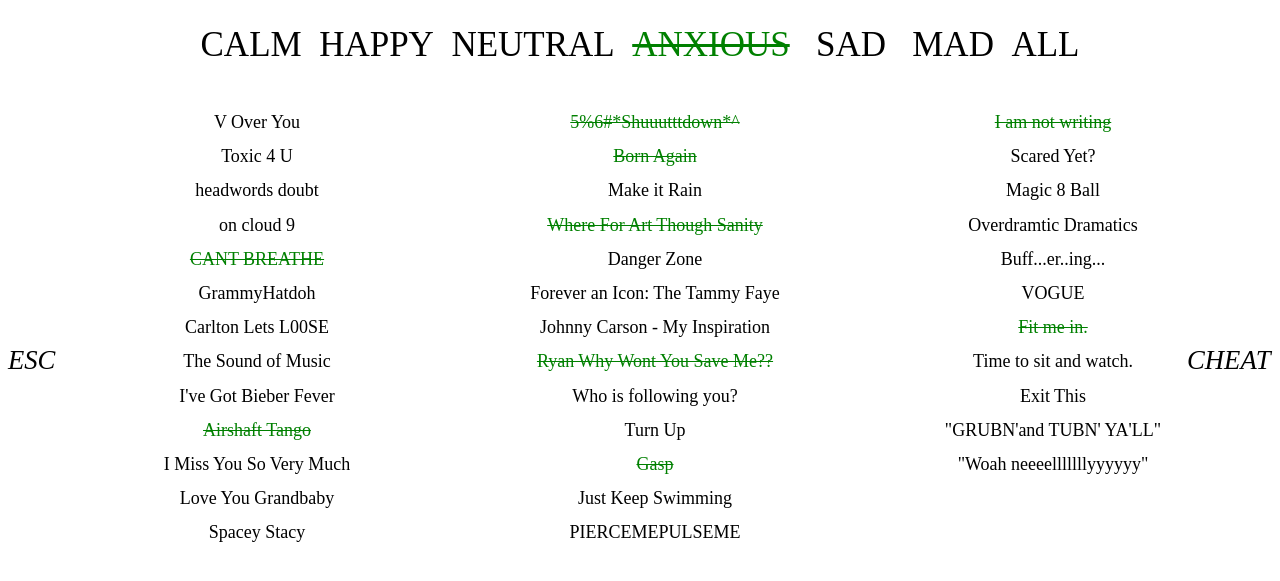
Repository: bradk647/bradk647.github.io
Page: cheat/anxiouscheat.html
The author's editor kept a record of every edit. The page is drawn from the files as they stood at one moment, then again after the next edit.
The browser window is 1280 px wide. The pictures show the whole page.

Above is the page before.

### cheat/anxiouscheat.html
<html>
    <head>
        <title>
           U R CHEATR?
        </title>
        <link rel="stylesheet" type="text/css" href="anxiouscheat.css">

        <link rel="icon" href="../BUGS018.png" sizes="16x16 32x32" type="image/png">

    </head>

    <body>
        <div class="wrappertext">
            <a href="calmcheat.html"><div id="orange" style="display: inline-block;">CALM</div></a>&nbsp;
            <a href="happycheat.html"><div id="pink" style="display: inline-block;">HAPPY</div></a>&nbsp;
            <a href="neutralcheat.html"><div id="yellow" style="display: inline-block;">NEUTRAL</div></a>&nbsp;
            <a href="anxiouscheat.html"><div id="green" style="display: inline-block;">ANXIOUS</div></a> &nbsp;
            <a href="sadcheat.html"><div id="blue" style="display: inline-block;">SAD</div></a> &nbsp;
            <a href="madcheat.html"><div id="red" style="display: inline-block;">MAD</div></a>&nbsp;
            <a href="allcheat.html"><div id="all" style="display: inline-block;">ALL</div></a>
         </div>

         <div class="leftwrapper">
                <div class="esc">
                    <a href="../indexbunny.html">ESC</a> <br />
                </div>
            </div>

         <div class="rightwrapper">
                <div class="cheat">
                    <a href="cheatpage.html">CHEAT</a> <br />
                </div>
            </div>

        <ul>

            <a href="../bunny/VOverYou.html" div id="yellow"><li>V Over You</li></a>
            <a href="../bunny/brit.html" div id="red"><li>Toxic 4 U</li></a>
            <a href="../bunny/headwords.html" div id="blue"><li>headwords doubt</li></a>
            <a href="../bunny/clouds.html" div id="orange"><li>on cloud 9</li></a>
            <a href="../bunny/constriction.html" div id="green"><li>CANT BREATHE</li></a>
            <a href="../bunny/GrammyHatdoh.html" div id="pink"><li>GrammyHatdoh</li></a>
            <a href="../bunny/disco.html" div id="pink"><li>Carlton Lets L00SE</li></a>
            <a href="../bunny/moutaintop.html" div id="orange"><li>The Sound of Music</li></a>
            <a href="../bunny/bieber.html" div id="red"><li>I've Got Bieber Fever</li></a>
            <a href="../bunny/AirshaftTango.html" div id="green"><li>Airshaft Tango</li></a>
            <a href="../bunny/IMissYouSoVeryMuch.html" div id="blue"><li>I Miss You So Very Much</li></a>
            <a href="../bunny/oldpeople.html" div id="pink"><li>Love You Grandbaby</li></a>
            <a href="../bunny/SpaceyStacy.html" div id="yellow"><li>Spacey Stacy</li></a>
            <a href="../bunny/Shutdown.html" div id="green"><li>5%6#*Shuuutttdown*^</li></a>
            <a href="../bunny/BornAgain.html" div id="green"><li>Born Again</li></a>
            <a href="../bunny/MakeItRain.html" div id="orange"><li>Make it Rain</li></a>
            <a href="../bunny/shakespere.html" div id="green"><li>Where For Art Though Sanity </li></a>
            <a href="../bunny/dangerzone.html" div id="pink"><li>Danger Zone </li></a>
            <a href="../bunny/tammyfaye.html" div id="blue"><li>Forever an Icon: The Tammy Faye</li></a>
            <a href="../bunny/SHOUT.html" div id="red"><li>Johnny Carson - My Inspiration </li></a>
            <a href="../bunny/buried.html" div id="green"><li>Ryan Why Wont You Save Me??</li></a>
            <a href="../bunny/WhoIsFollowingYou.html" div id="orange"><li>Who is following you?</li></a>
            <a href="../bunny/padded.html" div id="orange"><li>Turn Up</li></a>
            <a href="../bunny/poem1.html" div id="green"><li>Gasp</li></a>
            <a href="../bunny/DORI.html" div id="pink"><li>Just Keep Swimming</li></a>
            <a href="../bunny/PUSLEME.html" div id="red"><li>PIERCEMEPULSEME</li></a>
            <a href="../bunny/NotWriting.html" div id="green"><li>I am not writing</li></a>
            <a href="../bunny/knife.html" div id="red"><li>Scared Yet?</li></a>
            <a href="../bunny/magic8ball.html" div id="yellow"><li>Magic 8 Ball</li></a>
            <a href="../bunny/overdrama.html" div id="blue"><li>Overdramtic Dramatics</li></a>
            <a href="../bunny/textmess.html" div id="yellow"><li>Buff...er..ing...</li></a>
            <a href="../bunny/insta.html" div id="yellow"><li>VOGUE</li></a>
            <a href="../bunny/mold.html" div id="green"><li>Fit me in.</li></a>
            <a href="../bunny/window.html" div id="yellow"><li>Time to sit and watch.</li></a>
            <a href="../bunny/exit.html" div id="blue"><li>Exit This</li></a>
            <a href="../bunny/snackz.html" div id="pink"><li>"GRUBN'and TUBN' YA'LL"</li></a>
            <a href="../bunny/indexvid1.html" div id="red"><li>"Woah neeeelllllllyyyyyy"</li></a>

        </ul>

    </body>
</html>

### cheat/anxiouscheat.css
body{
            background-color:white;
        }

        .wrappertext {
            text-align:center;
            font-family: "Times New Roman",serif;
            font-size:35px;
            margin-top:25px;
        }

       .leftwrapper {
            width:50%;
            float: left;

        }

        .rightwrapper{
            width:50%;
            float: right;
        }

        .esc {
        	position: fixed;
        	top: 50%;
        	font-size: 20pt;
        	font-style:italic;
        	-webkit-transform: translateY (-50%);
        	   -moz-transform: translateY(-50%);
        			transform: translateY(-50%);
        }

        .cheat {
            color:black;
            font-family:"Times New Roman",serif;
            font-size:20pt;
            font-style:italic;
            position: fixed;
            top: 50%;
            /*left:990px;*/
            left: 96%;
            /*margin-right: -100%;*/
            transform: translate(-50%, -50%)
            }

        a:link {
                text-decoration: none;
                color:black;
            }

            a:visited {
                text-decoration: none;
                color:black;
            }

            a:hover {
                text-decoration: line-through;
            }

            a:active {
                text-decoration: underline;
            }



            #red:hover {
                color: red;
                text-decoration: line-through;
            }
            #green {
                color: green;
                text-decoration: line-through;
            }
           #blue:hover {
                color: blue;
                text-decoration: line-through;
            }
            #yellow:hover {
                color: yellow;
                text-decoration: line-through;
            }
            #orange:hover {
                color: orange;
                text-decoration: line-through;
            }
            #pink:hover {
                color: #FF69B4;
                text-decoration: line-through;
            }

            #all:hover {
                color:black;
                text-decoration: line-through;
            }

           /* #red1:hover {*/
           /*     color: red;*/
           /*     text-decoration: line-through;*/
           /* }*/
           /* #green1:hover {*/
           /*     color: green;*/
           /*     text-decoration: line-through;*/
           /* }*/
           /*#blue1:hover {*/
           /*     color: blue;*/
           /*     text-decoration: line-through;*/
           /* }*/
           /* #yellow1:hover {*/
           /*     color: yellow;*/
           /*     text-decoration: line-through;*/
           /* }*/
           /* #orange1:hover {*/
           /*     color: orange;*/
           /*     text-decoration: line-through;*/
           /* }*/
           /* #pink1:hover {*/
           /*     color: #FF69B4;*/
           /*     text-decoration: line-through;*/
           /* }*/

            ul {
                font-family:"Times New Roman",serif;
                font-size:18px;
                line-height:1.9em;
                list-style-type: none;
            	counter-reset: section;

            	-moz-column-count: 3;
                -moz-column-gap: 20px;
                -webkit-column-count: 3;
                -webkit-column-gap: 10px;
                column-count: 3;
                column-gap: 10px;

                text-align: center;
                vertical-align: middle;
                margin-right:40px;
                margin-top:40px;
            }

            ul li
            {
            	padding-left: 30px;
            	position: relative;
            }

            ul li:before
            {

            	margin: 0 0 0 -34px;
            	text-align: center;
            	width: 2em;
            	display: inline-block;
            	position: absolute;
            	height: 100%;

            }

After the next edit:
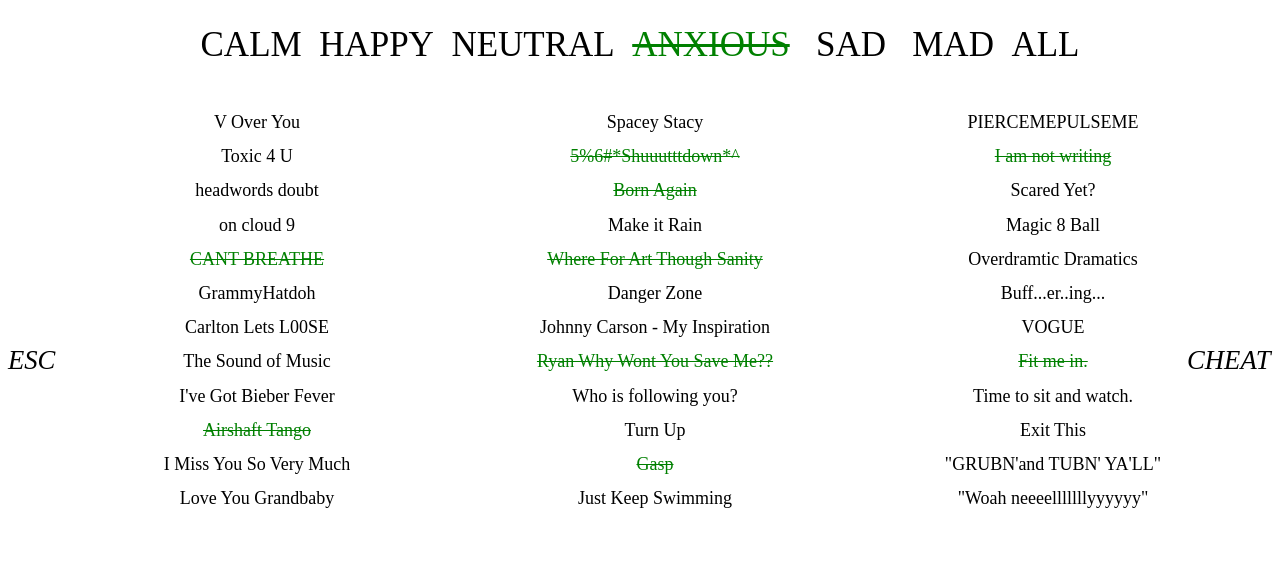
The edit:
--- a/cheat/anxiouscheat.html
+++ b/cheat/anxiouscheat.html
@@ -52,7 +52,6 @@
             <a href="../bunny/MakeItRain.html" div id="orange"><li>Make it Rain</li></a>
             <a href="../bunny/shakespere.html" div id="green"><li>Where For Art Though Sanity </li></a>
             <a href="../bunny/dangerzone.html" div id="pink"><li>Danger Zone </li></a>
-            <a href="../bunny/tammyfaye.html" div id="blue"><li>Forever an Icon: The Tammy Faye</li></a>
             <a href="../bunny/SHOUT.html" div id="red"><li>Johnny Carson - My Inspiration </li></a>
             <a href="../bunny/buried.html" div id="green"><li>Ryan Why Wont You Save Me??</li></a>
             <a href="../bunny/WhoIsFollowingYou.html" div id="orange"><li>Who is following you?</li></a>
